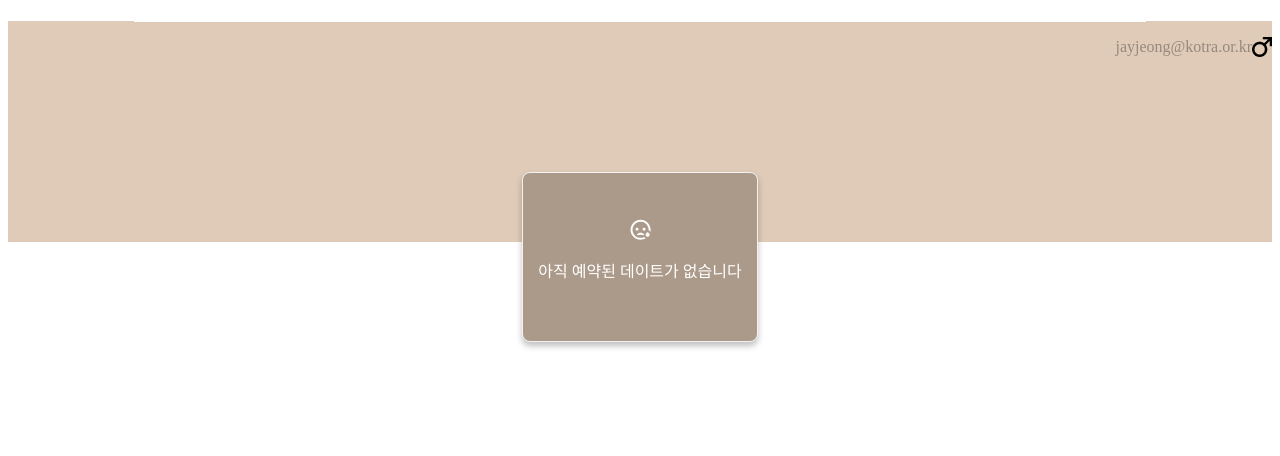
Repository: Jay-Jeong1988/speed_dating_pwa
Page: /booked_events
The author's editor kept a copy of each file at every save. The page is drawn from the files as they stood at one save, then again after the next save.
The browser window is 1280 px wide. The pictures show the whole page.
The project was rebuilt for these pictures with package versions that can differ from the ones it lists, and the page was loaded fresh each time. Also part of the build but not shown: vue.config.js, src/views/LoginPage.vue, src/views/DashBoard.vue, src/views/SubmitResultPage.vue.

Above is the page before, as saved 2023-02-11 22:38:00.

### src/App.vue
<template>
  <router-view/>
</template>

<style>
#app {
  font-family: Avenir, Helvetica, Arial, sans-serif;
  -webkit-font-smoothing: antialiased;
  -moz-osx-font-smoothing: grayscale;
  text-align: center;
  color: #ffffff;
  background-color: #E0CBB8;
  font-family: Battambang;
}

nav {
  padding: 30px;
}

nav a {
  font-weight: bold;
  color: #2c3e50;
}

nav a.router-link-exact-active {
  color: #42b983;
}

ul {
  list-style-type: none;
}
</style>

### src/router/index.js
import { createRouter, createWebHistory } from 'vue-router'
import LoginPage from '../views/LoginPage.vue'
import DashBoard from '../views/DashBoard.vue'
import BookedEventsPage from '../views/BookedEventsPage.vue'
import SubmitResultPage from '../views/SubmitResultPage'

const routes = [
  {
    path: '/',
    name: 'loginPage',
    component: LoginPage
  },
  {
    path: '/dashboard',
    name: 'dashBoard',
    component: DashBoard
  },
  {
    path: '/booked_events',
    name: 'Booked_events_page',
    component: BookedEventsPage
  },
  {
    path: '/submit_result',
    name: 'Submit_result_page',
    component: SubmitResultPage
  }
]

const router = createRouter({
  history: createWebHistory(process.env.BASE_URL),
  routes
})

export default router

### src/views/BookedEventsPage.vue
<template>
    <div class="BookedEventsPage">
      <Header :headerTitle="this.headerTitle"></Header>
      <div class="menuContainer" v-if="booked_events.length">
        <div class="reservation-type">내 예약</div>
        <ul class="menus" v-for="event in booked_events" :key="event.id">
            <li >
              <div class="reservation">
                <div class="reservation-card">
                  <p>일정 {{ event.date }} {{  event.time }}</p>
                  <p>장소 {{ event.branch }}</p>
                </div>
              </div>
            </li>
        </ul>
        <div class="reservation-type">이용 완료</div>
        <ul class="menus" v-for="event in completed_events" :key="event.id">
            <li >
              <div class="reservation">
                <div class="reservation-card">
                  <p>일정 {{ event.date }} {{  event.time }}</p>
                  <p>장소 {{ event.branch }}</p>
                </div>
              </div>
            </li>
        </ul>
      </div>
      <NoReservationCard v-else></NoReservationCard>
    </div>
  </template>
  <script>
  import NoReservationCard from '../components/no_reservation_card.vue'
  import Header from '../components/header.vue'
  import events from '../assets/test_data/events.json'
  export default {
    name: 'Booked_events_page',
    props: {

    },
    data() {
      return {
        headerTitle: "",
        booked_events: [],
        completed_events: []
      }
    },
    methods: {
    },
    components: { Header, NoReservationCard },
    mounted() {
      events.forEach((item)=>{
        if(item.isOver){
          this.completed_events.push(item)
        }else {
          this.completed_events.push(item)
        }
      })
    }
  }

  </script>

  <!-- Add "scoped" attribute to limit CSS to this component only -->
  <style scoped lang="scss">
    .reservation-type {
      width: 300px;
      height: 34px;
      background: #AB9A8A;
      border-radius: 8px;
      margin-bottom: 20px;
    }
    .reservation-card {
      box-sizing: border-box;
      width: 300px;
      height: 100px;
      background: #E0CBB8;
      border: 1px solid #FFFFFF;
      box-shadow: 0px 4px 6px rgba(0, 0, 0, 0.25);
      border-radius: 8px;
    }
  </style>

### src/components/header.vue
<template>
     <div class="page-header">
        <h1 class="title">{{ this.headerTitle }}</h1>
      </div>
      <div class="userInfo">
        <p id="emailAddress">jayjeong@kotra.or.kr</p>
        <img id="gender-icon" src="../assets/images/gender-male.png"/>
      </div>
</template>
<script>
    export default {
        name: 'Header_component',
        data() {
            return {}
        },
        props: [
            "headerTitle"
        ]
    }
</script>
<style scoped lang="scss">
    .page-header {
        width: 80%;
        margin: auto;
        border-bottom: 1px solid #fff;
    }
    .userInfo {
        display: flex;
        justify-content: flex-end;
        align-items: center;
        color: #97897D;
        #gender-icon {
            width: 20px;
            height: 20px;
        }
    }
</style>

### src/components/no_reservation_card.vue
<template>
    <div class="no-appointment-card">
      <img id="no-reservation-icon" src="../assets/images/no_appointment.svg"/>
      <p>아직 예약된 데이트가 없습니다</p>
    </div>
</template>
<script>
export default {
  name: 'no_appointment_card',
  props: {

  },
  data() {
    return {
    }
  },
  methods: {
  }
}
</script>

<!-- Add "scoped" attribute to limit CSS to this component only -->
<style scoped lang="scss">
.no-appointment-card {
    box-sizing: border-box;
    width: 236px;
    height: 170px;
    background: #AB9A8A;
    border: 0.845px solid #F2F2F2;
    box-shadow: 0px 4px 6px rgba(0, 0, 0, 0.25);
    border-radius: 8px;
    display: flex;
    flex-direction: column;
    justify-content: center;
    align-items: center;
    position: relative;
    margin: auto;
    top: 100px;
    #no-reservation-icon {
        width: 25px;
        height: 25px;
    }
}
</style>

### src/assets/test_data/events.json
[
    {
        "id": 0,
        "date": "Mon, Feb 2, 2023",
        "time": "14:00",
        "branch": "세종점",
        "party_size": 20,
        "price": 100000,
        "attendees": [],
        "isOver": true
    },
    {
        "id": 0,
        "date": "Mon, Feb 2, 2023",
        "time": "14:00",
        "branch": "부산점",
        "party_size": 20,
        "price": 100000,
        "attendees": [],
        "isOver": false
    },
    {
        "id": 0,
        "date": "Mon, Feb 2, 2023",
        "time": "14:00",
        "branch": "강남점",
        "party_size": 20,
        "price": 100000,
        "attendees": [],
        "isOver": false
    }
]

Loaded but not shown: public/index.html (common file); src/main.js (common file); src/registerServiceWorker.js (common file)

After the next save:
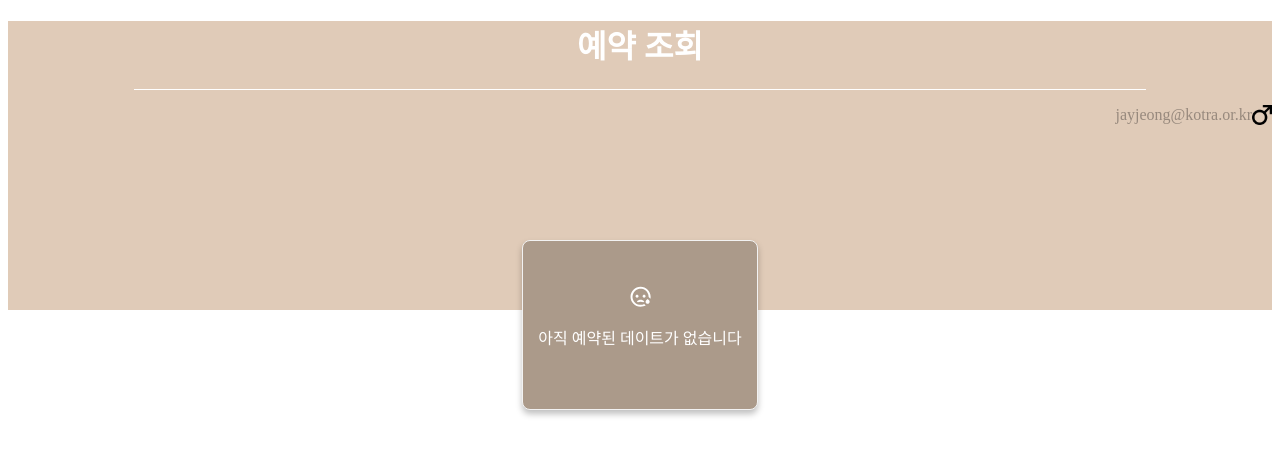
Saved 11 s later.
--- a/src/views/BookedEventsPage.vue
+++ b/src/views/BookedEventsPage.vue
@@ -39,7 +39,7 @@
     },
     data() {
       return {
-        headerTitle: "",
+        headerTitle: "예약 조회",
         booked_events: [],
         completed_events: []
       }
